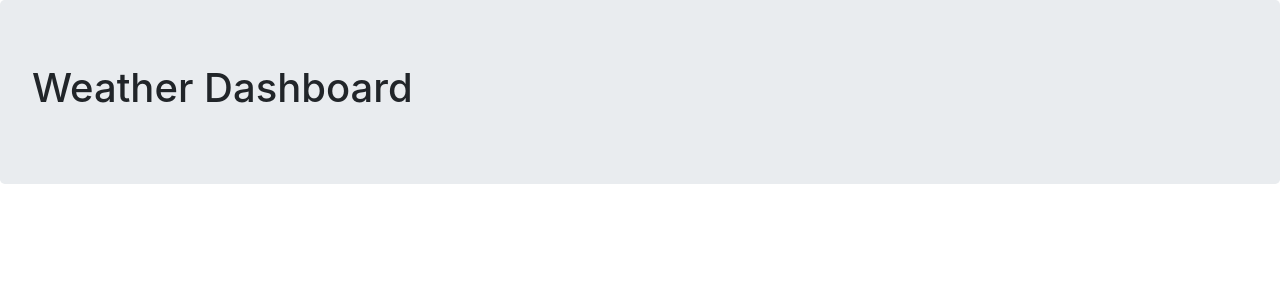
Repository: himaja830/Weather-Dashboard
Page: index.html
These files come from the project's save history. The page is drawn as it stood at one moment and after the next save; the edit follows.
The browser window is 1280 px wide. The pictures show the whole page.

Above is the page before, as saved 2020-06-27 10:09:56.

### index.html
<!DOCTYPE html>
<html lang="en">
<head>
    <meta charset="UTF-8">
    <meta name="viewport" content="width=device-width, initial-scale=1.0">
    <title>Weather Dashboard</title>
    <link rel="stylesheet" href="https://stackpath.bootstrapcdn.com/bootstrap/4.5.0/css/bootstrap.min.css" integrity="sha384-9aIt2nRpC12Uk9gS9baDl411NQApFmC26EwAOH8WgZl5MYYxFfc+NcPb1dKGj7Sk" crossorigin="anonymous">
</head>
<body>
    <div class="jumbotron">
        <h1 class="h1">Weather Dashboard</h1>
    </div>

</body>
</html>

### assets/style.css
.h1{
    text-align: center;
}

After the next save:
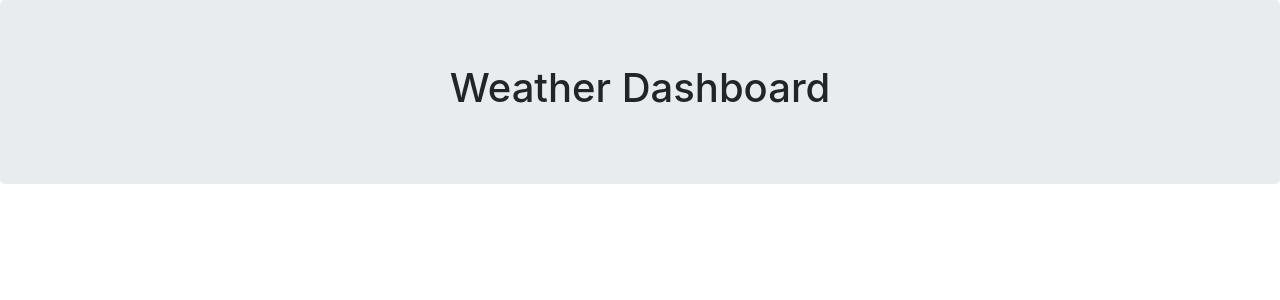
Saved 47 s later.
--- a/index.html
+++ b/index.html
@@ -5,6 +5,7 @@
     <meta name="viewport" content="width=device-width, initial-scale=1.0">
     <title>Weather Dashboard</title>
     <link rel="stylesheet" href="https://stackpath.bootstrapcdn.com/bootstrap/4.5.0/css/bootstrap.min.css" integrity="sha384-9aIt2nRpC12Uk9gS9baDl411NQApFmC26EwAOH8WgZl5MYYxFfc+NcPb1dKGj7Sk" crossorigin="anonymous">
+    <link rel="stylesheet" href="assets/style.css">
 </head>
 <body>
     <div class="jumbotron">
